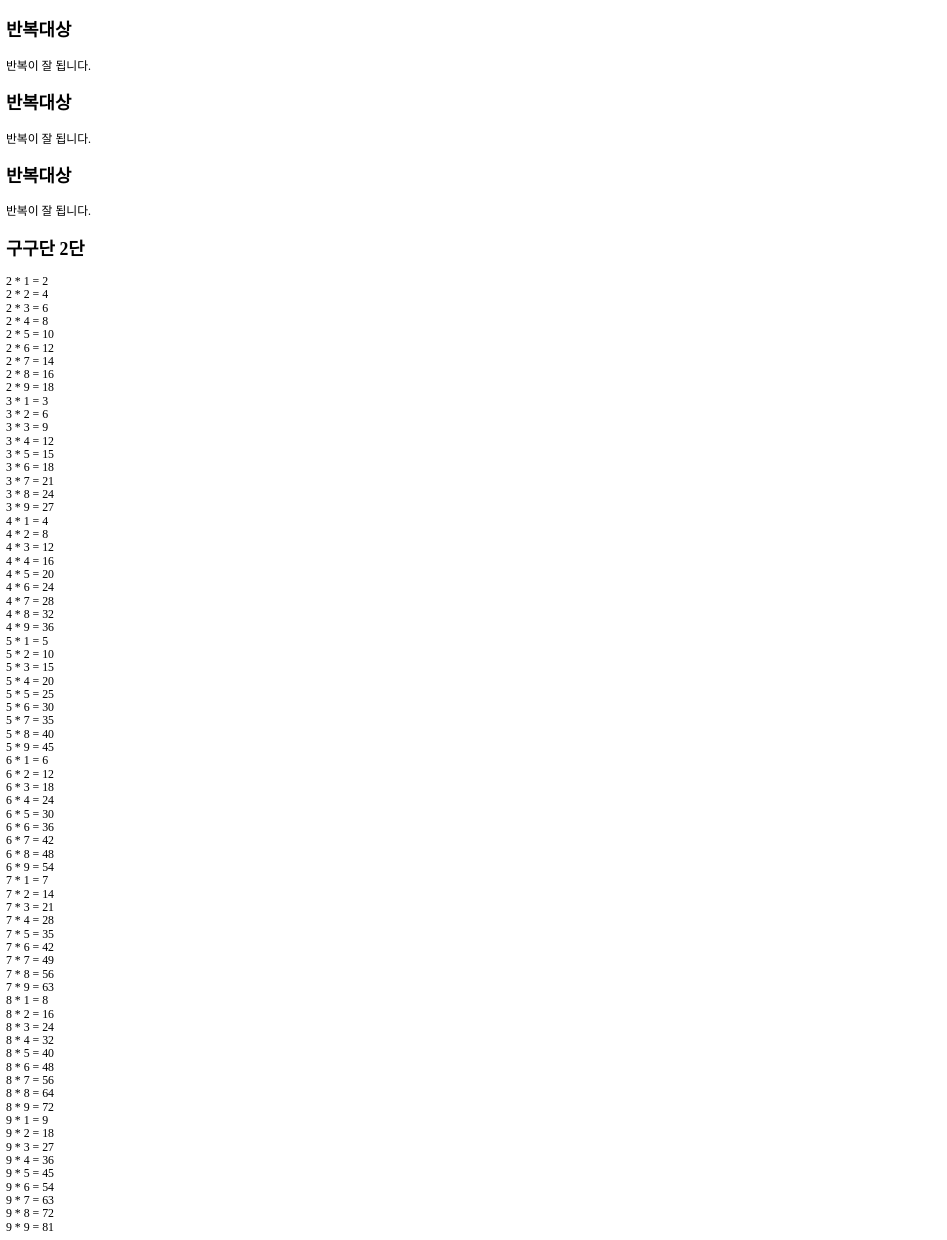
Repository: eyonghwan/jsp_practice
Page: http://localhost/JSPBasic/JspTag/Scriptlet.jsp
These files come from the project's save history. The page is drawn as it stood at one moment and after the next save; the edit follows.
The browser window is 1280 px wide. The pictures show the whole page, at 74% of full size.
The page is served by Tomcat 9.

Above is the page before, as saved 2022-01-28 08:33:34.

After the next save:
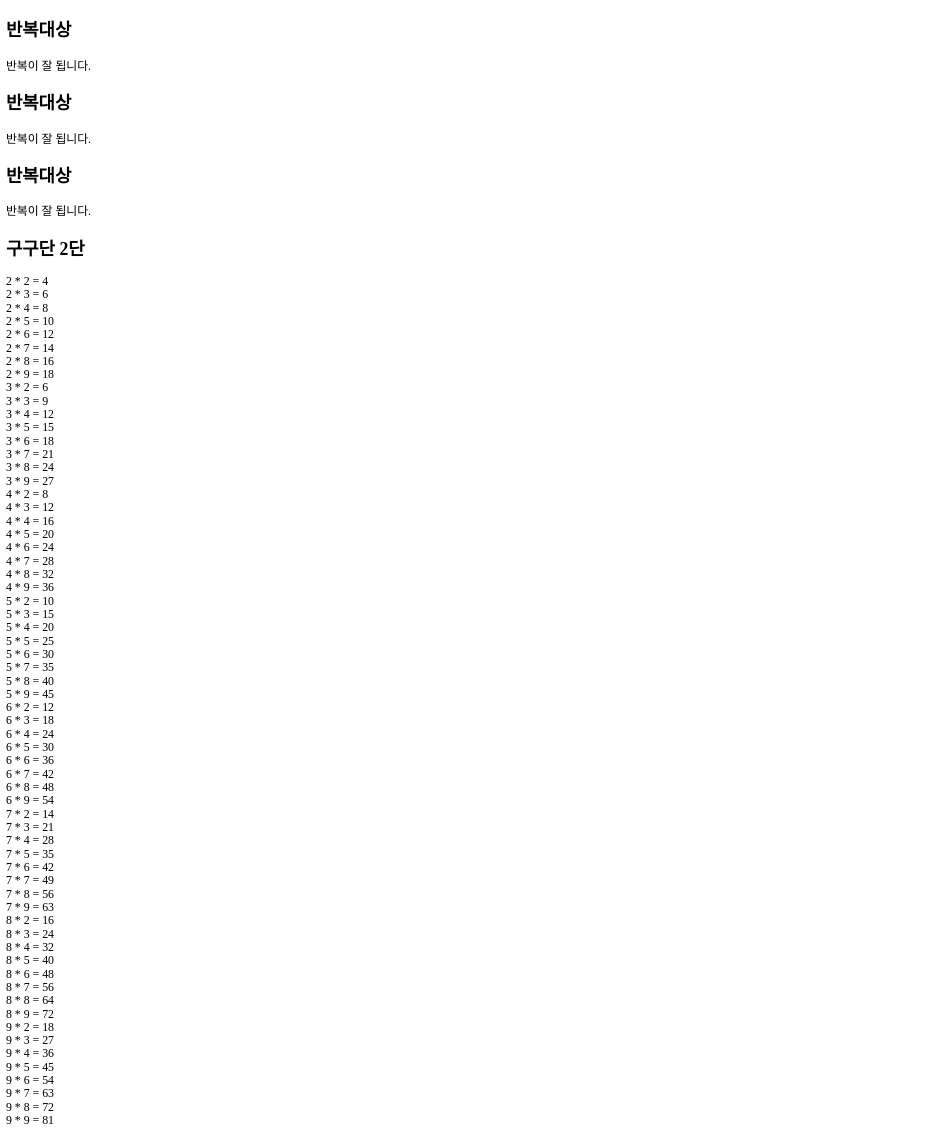
Saved 75 s later.
--- a/JSPBasic/src/main/webapp/JspTag/Scriptlet.jsp
+++ b/JSPBasic/src/main/webapp/JspTag/Scriptlet.jsp
@@ -22,7 +22,7 @@
 	(javascript의 docoument.write()와 같은 역할) -->
 	<h2>구구단 2단</h2>
 	<% for(int i = 2; i < 10; i++) {
-		for(int j = 1; j <10; j++) {
+		for(int j = 2; j <10; j++) {
 		out.println(i + " * " + j + " = " + i*j); %>
 	<br/>
 	<% } } %>
